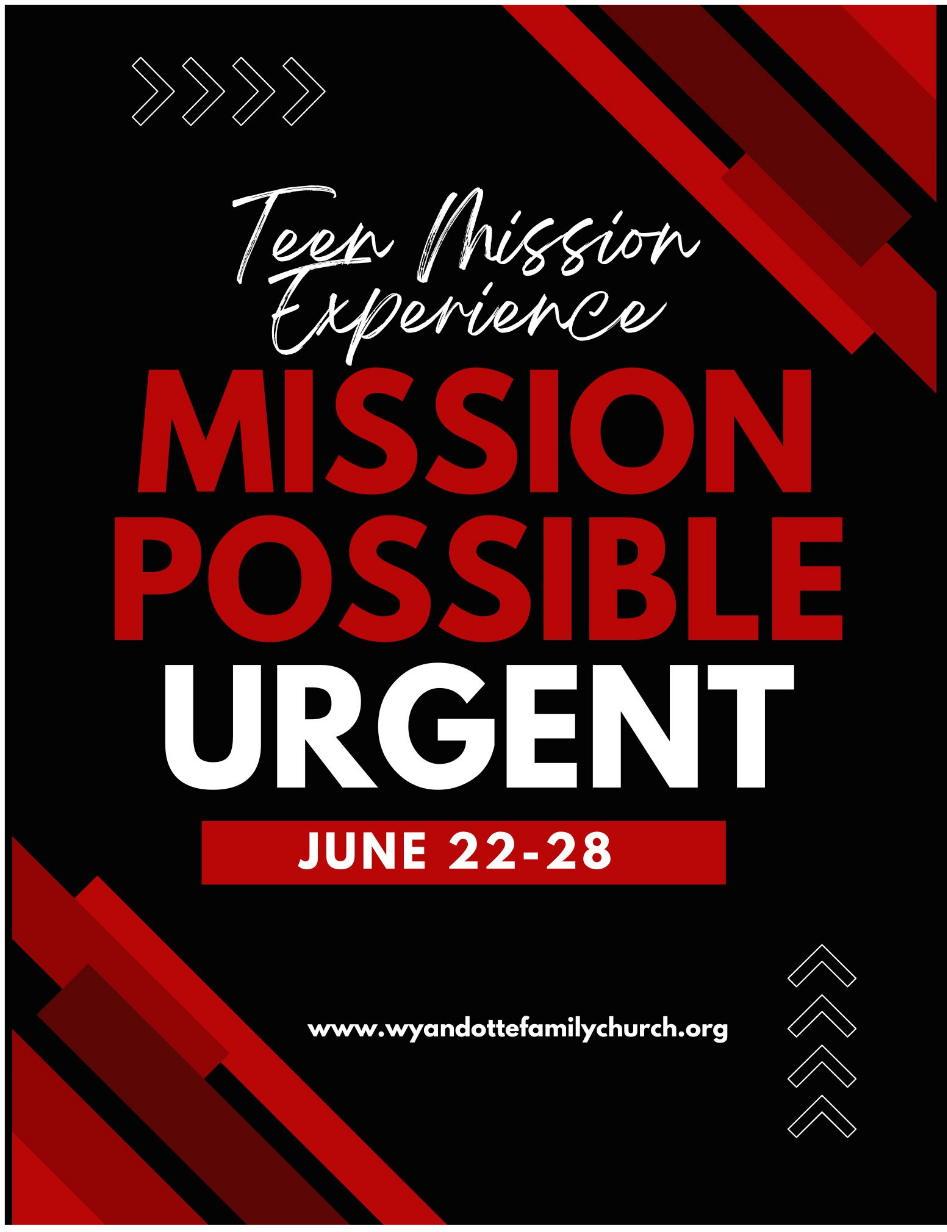
Repository: Aworminator/Wyandotte-Family-Love-Week
Page: test.html
These files come from the project's save history. The page is drawn as it stood at one moment and after a run of saves; the edit follows.
The browser window is 1280 px wide. The page is 1553 px wide, then 1280 px, so the pictures cover 1553 px, including what lies to the right of the window. The pictures show the whole page, at 61% of full size.

Above is the page before, as saved 2025-11-01 13:26:50.

After the next 4 saves:
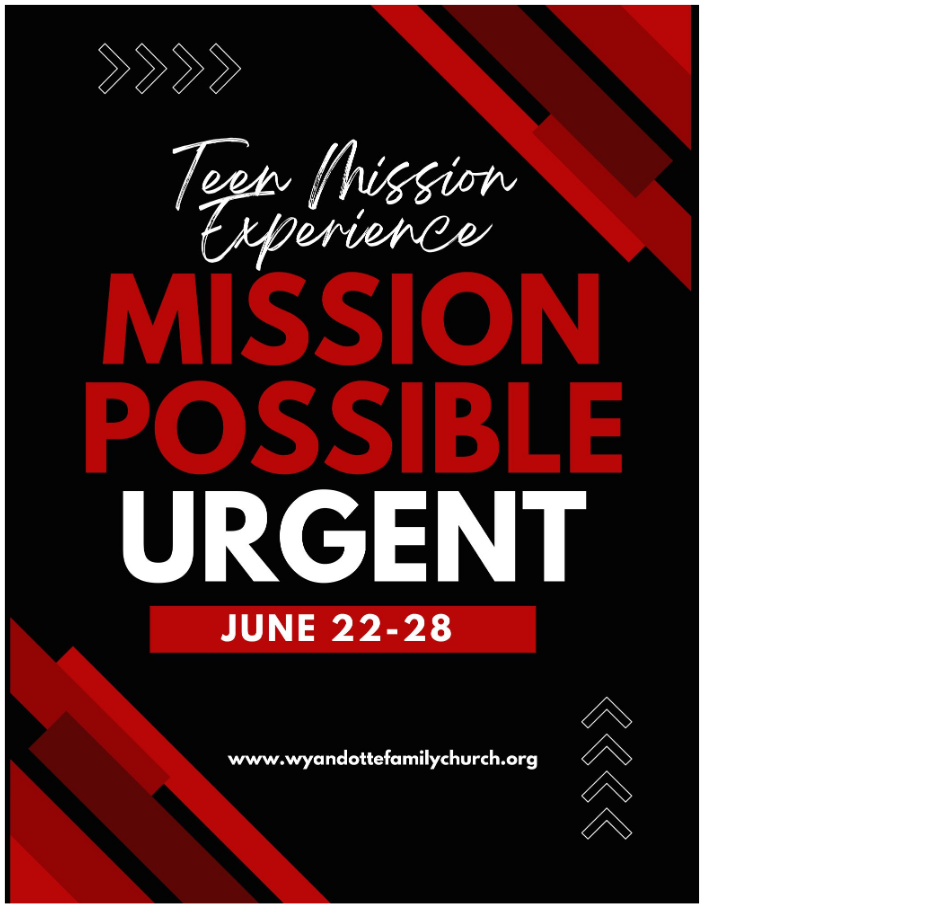
The 4 saves are shown as one change because they came seconds apart.
The last was saved 12 s later.
--- a/test.html
+++ b/test.html
@@ -11,8 +11,7 @@
 
   <style>
     .img {
-
+      max-width: 90%;
     }
   </style>
-
 </html>
